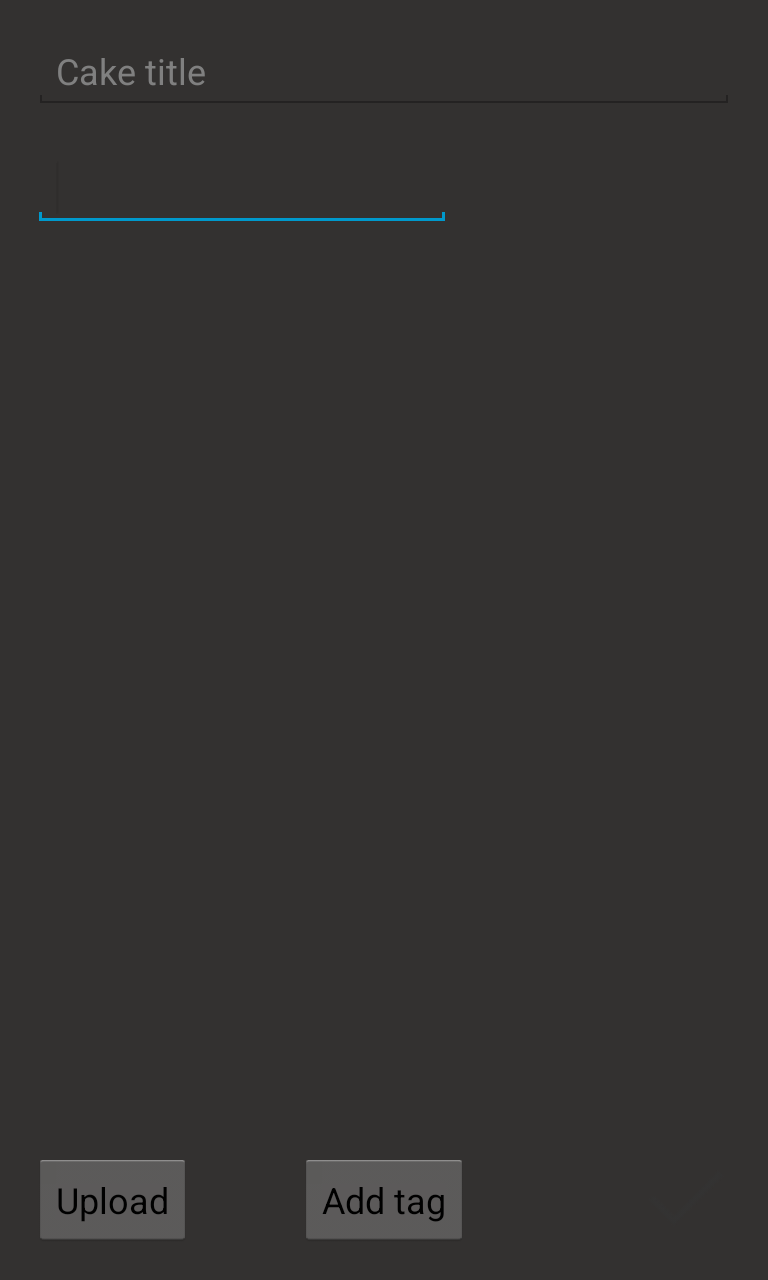
Repository: johnshaughnessy/onesec
Layout: OneSec-App/res/layout/activity_new_cake.xml
An editor plug-in stored every save of this project. The layout is shown before and after the next save, followed by the edit.
It is drawn on a 768 x 1280 px phone screen (xhdpi) without system bars, with theme RetroTheme; the app's code is not run.

Above is the layout before, as saved 2013-07-13 22:55:43.

### OneSec-App/res/layout/activity_new_cake.xml
<RelativeLayout xmlns:android="http://schemas.android.com/apk/res/android"
    xmlns:tools="http://schemas.android.com/tools"
    android:layout_width="match_parent"
    android:layout_height="match_parent"
    android:paddingBottom="@dimen/activity_vertical_margin"
    android:paddingLeft="@dimen/activity_horizontal_margin"
    android:paddingRight="@dimen/activity_horizontal_margin"
    android:paddingTop="@dimen/activity_vertical_margin"
    tools:context=".NewCakeActivity" >

    <EditText
        android:id="@+id/title"
        android:layout_width="fill_parent"
        android:layout_height="wrap_content"
        android:maxLines="1"
        android:inputType="text"
        android:hint="@string/hint_cake_title"
        android:layout_centerHorizontal="true" >
        <requestFocus />
    </EditText>

    <TextView
        android:id="@+id/date"
        android:layout_width="wrap_content"
        android:layout_height="wrap_content"
        android:layout_below="@id/title"
        android:maxLines="1"
        android:layout_centerHorizontal="true" />

    <ImageView
        android:id="@+id/thumbnail"
        android:layout_width="wrap_content"
        android:layout_height="wrap_content"
        android:layout_below="@id/title"
        android:layout_marginBottom="15dp"
        android:layout_centerHorizontal="true" />

    <Button
        android:id="@+id/done"
        android:layout_width="50dp"
        android:layout_height="50dp"
        android:layout_alignParentBottom="true"
        android:layout_alignParentRight="true"
        android:background="@drawable/ic_navigation_accept" />

    <EditText
        android:id="@+id/newCakeSprinkle"
        android:layout_width="wrap_content"
        android:layout_height="wrap_content"
        android:layout_alignLeft="@+id/title"
        android:layout_below="@+id/date"
        android:maxLines="1"
        android:inputType="text"
        android:ems="10" >
        <requestFocus />
    </EditText>

    <Button
        android:id="@+id/uploadCake"
        android:layout_width="wrap_content"
        android:layout_height="wrap_content"
        android:layout_alignBottom="@+id/done"
        android:layout_alignLeft="@+id/newCakeSprinkle"
        android:onClick="uploadCake"
        android:text="@string/upload" />

    <Button
        android:id="@+id/addTag"
        android:layout_width="wrap_content"
        android:layout_height="wrap_content"
        android:layout_alignBaseline="@+id/uploadCake"
        android:layout_alignBottom="@+id/uploadCake"
        android:layout_centerHorizontal="true"
        android:onClick="addTag"
        android:text="@string/addTag" />

</RelativeLayout>

### OneSec-App/res/values/strings.xml
<?xml version="1.0" encoding="utf-8"?>
<resources>

    <string name="app_name">SPRINKLES</string>
    <string name="action_settings">Settings</string>
    <string name="action_signout">Sign out</string>
    <string name="search_title">Search</string>
    <string name="search_hint">Search by sprinkle</string>
    <string name="hello_world">Hello world!</string>
    <string name="title_activity_new_second">New Moment</string>
    <string name="title_activity_new_cake">New Cake</string>
    <string name="title_activity_view_seconds">My Moments</string>
    <string name="title_activity_view_cakes">My Cakes</string>
    <string name="title_activity_recipe">RecipeActivity</string>
    <string name="my_seconds">My Moments</string>
    <string name="date">Date:</string>
    <string name="text_select_seconds">Select</string>
    <string name="text_bake_cake">Bake</string>
    <string name="forget">Forget</string>
    <string name="sign_in">Sign in</string>
    <string name="hint_cake_title">Cake title</string>

    <string name="text_takeSecond">Capture the moment</string>
    <string name="text_viewSeconds">View Moments</string>
    <string name="text_viewCakes">View Cakes</string>

    <string name="menu_new">New</string>
    <string name="text_test">Test</string>
    <string name="done">So beautiful omg</string>
    <string name="play_second">Play</string>

    <string name="addTag">Add tag</string>
    <string name="upload">Upload</string>
    <string name="syncSeconds">Sync Moments</string>


</resources>

Loaded but not shown: OneSec-App/res/values/styles.xml (common file); OneSec-App/res/values-v11/styles.xml (common file); OneSec-App/res/values-v14/styles.xml (common file); OneSec-App/res/values/dimens.xml (common file)

After the next save:
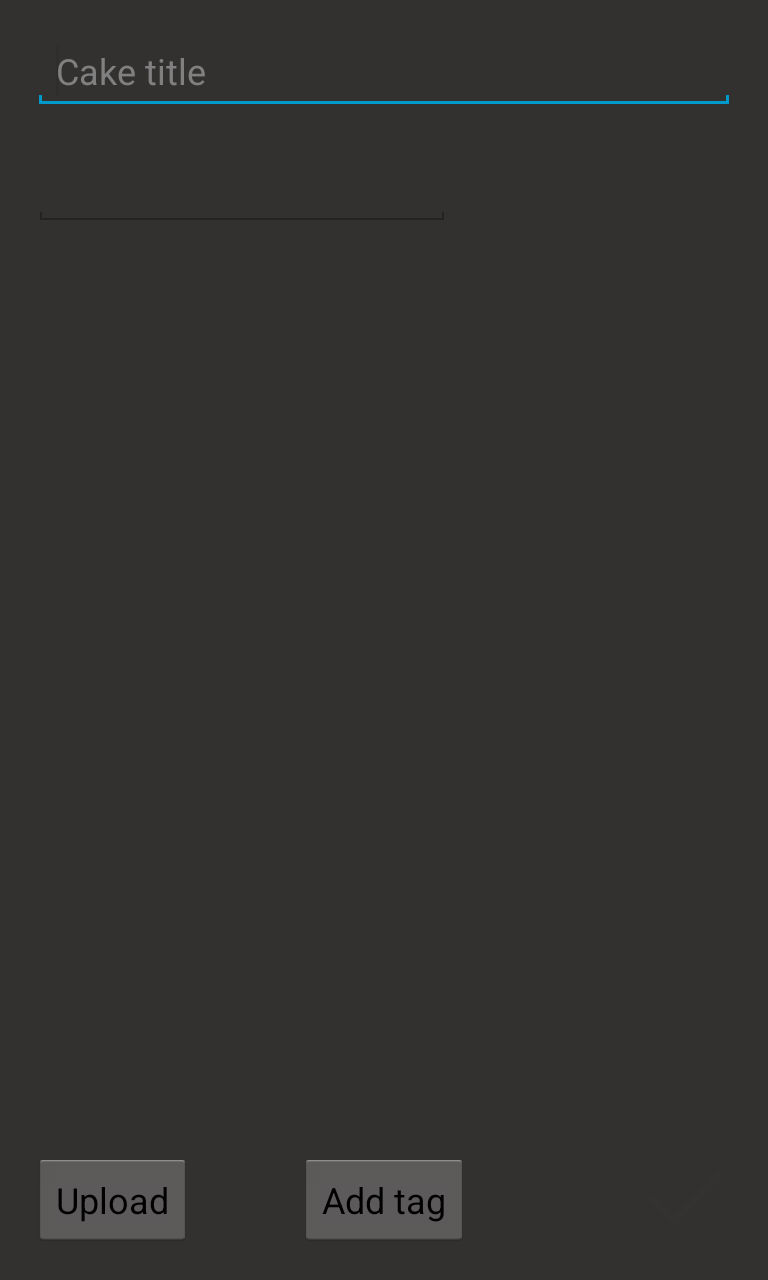
Saved 40 s later.
--- a/OneSec-App/res/layout/activity_new_cake.xml
+++ b/OneSec-App/res/layout/activity_new_cake.xml
@@ -51,9 +51,7 @@
         android:layout_below="@+id/date"
         android:maxLines="1"
         android:inputType="text"
-        android:ems="10" >
-        <requestFocus />
-    </EditText>
+        android:ems="10" />
 
     <Button
         android:id="@+id/uploadCake"
